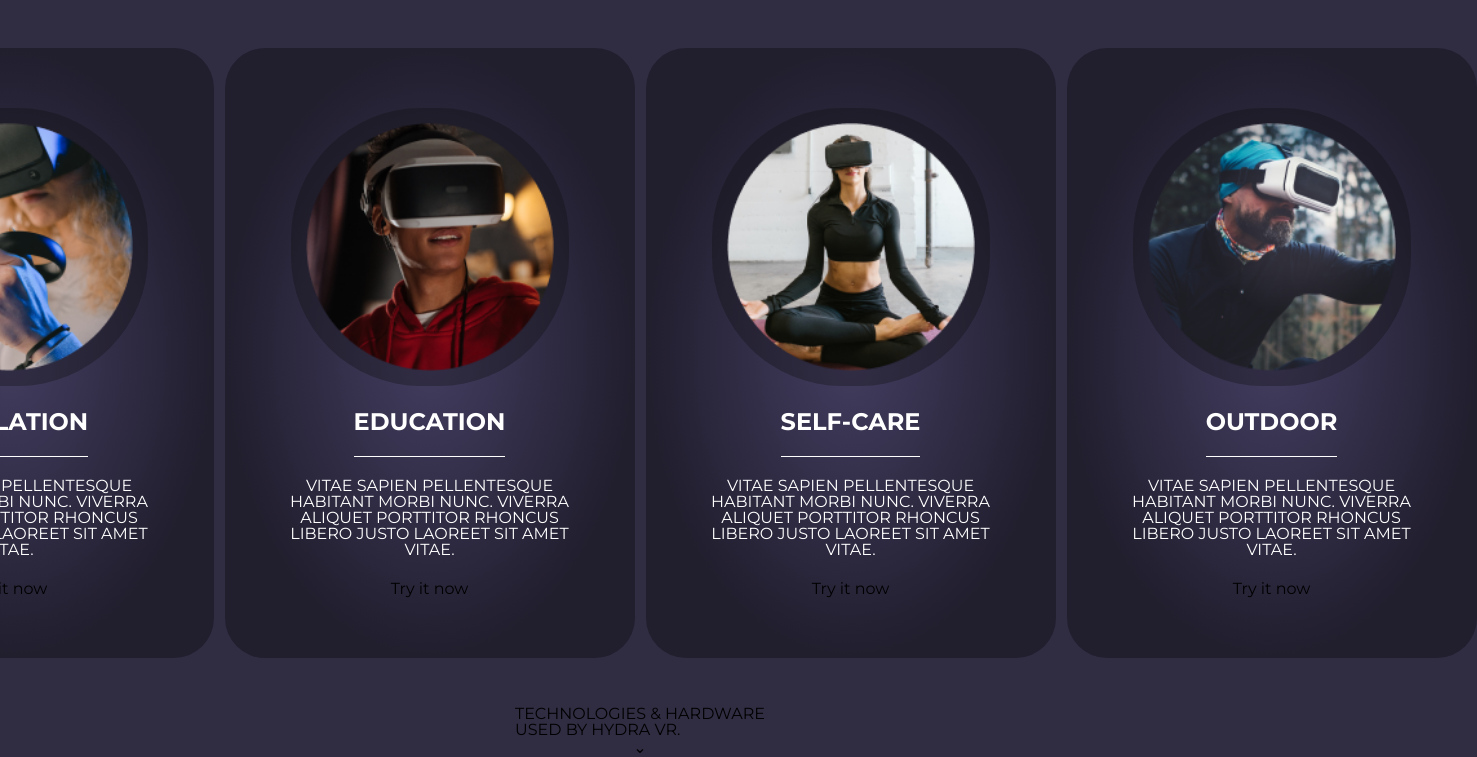
Repository: xMargi/Hydra-LandingPage
Page: index.html
The author's editor kept a copy of each file at every save. The page is drawn from the files as they stood at one save, then again after the next save.
The browser window is 1280 px wide. The page is 1477 px wide, so the pictures cover 1477 px, including what lies to the right of the window. The pictures show the whole page.

Above is the page before, as saved 2023-06-07 20:31:31.

### index.html
    <!DOCTYPE html>
    <html lang="pt-br">
    <head>
        <meta charset="UTF-8">
        <meta http-equiv="X-UA-Compatible" content="IE=edge">
        <meta name="viewport" content="width=device-width, initial-scale=1.0">
        <title>Hydra - Landing Page</title>
        <link rel="stylesheet" href="./reset.css">
        <link rel="stylesheet" href="./style.css">
    </head>
    <body>
        <div class="cartoes">
            <div class="cartao">
                <img src="./assets/1.png" alt="Mulher jogando em realidade virtual" class="cartao__img">
                <h1 class="cartao__titulo">Simulation</h1>
                <p class="cartao__paragrafo">Vitae sapien pellentesque habitant morbi
                nunc. Viverra aliquet porttitor rhoncus
                libero justo laoreet sit amet vitae.</p>
                <button class="cartao__button">Try it now</button>
            </div>
            <div class="cartao">
                <img src="./assets/2.png" alt="Homem usando um óculos de realidade virtual" class="cartao__img">
                <h1 class="cartao__titulo">Education</h1>
                <p class="cartao__paragrafo">Vitae sapien pellentesque habitant morbi
                nunc. Viverra aliquet porttitor rhoncus
                libero justo laoreet sit amet vitae.</p>
                <button class="cartao__button">Try it now</button>
            </div>
            <div class="cartao">
                <img src="./assets/3.png" alt="Mulher meditando com óculos de realidade virtual" class="cartao__img">
                <h1 class="cartao__titulo">Self-Care</h1>
                <p class="cartao__paragrafo">Vitae sapien pellentesque habitant morbi
                nunc. Viverra aliquet porttitor rhoncus
                libero justo laoreet sit amet vitae.</p>
                <button class="cartao__button">Try it now</button>
            </div>
            <div class="cartao">
                <img src="./assets/4.png" alt="Homem fazendo exercicíos utilizando um óculos de realidade virtual" class="cartao__img">
                <h1 class="cartao__titulo">Outdoor</h1>
                <p class="cartao__paragrafo">Vitae sapien pellentesque habitant morbi
                nunc. Viverra aliquet porttitor rhoncus
                libero justo laoreet sit amet vitae.</p>
                <button class="cartao__button">Try it now</button>
            </div>
        </div>
        <div class="container__imagem">
            <h1 class="imagem__titulo">Technologies & Hardware</h1>
            <p class="imagem__paragrafo">Used by hydra vr.</p>
        </div>
        <button class="botao__baixo">&#8964</button>
        <script src="./script.js"></script>
    </body>
    </html>

### style.css
@import url('https://fonts.googleapis.com/css2?family=Montserrat:wght@300;400;700&display=swap');

:root{

    --fonte: 'Montserrat', sans-serif;
    --cor-fundo: #302C42;
    --cor-cartao: radial-gradient(50% 50% at 50% 50%, #433D60 0%, #211E2E 100%);
    --cor-button: linear-gradient(90deg, #8176AF 0%, #C0B7E8 100%);
    --cor-branca: #FFFFFF;
    --cor-texto: #343045;
    --cor-sombra: rgba(14, 14, 14, 0.32);
    --weight: 400;

}

body{
    box-sizing: border-box;
    background: var(--cor-fundo);
    display: flex;
    align-items: center;
    flex-direction: column;
    font-family: var(--fonte);
    font-weight: var(--weight);
    text-transform: uppercase;

}

.cartoes{
    margin:3rem 5.4375rem;
    display: flex;
    gap: 0.6875rem;

}

.cartao{
    background: var(--cor-cartao);
    display: flex;
    flex-direction: column;
    gap: 1.3125rem;
    align-items: center;
    justify-content: center;
    text-align: center;
    padding: 3.125rem;
    border-radius: 2.5rem;
    height: 31.875rem;
    width: 19.375rem;
}

.cartao__img{
    background: var(--cor-sombra);
    border-radius: 8.125rem;
    padding: 0.9375rem;
    width: 80%;
}

.cartao__titulo{

    color: var(--cor-branca);
    font-weight: 700;
    font-size: 24px;
    line-height: 30px;
    padding-bottom: 19.5px;
    border-bottom: 1px solid var(--cor-branca);
}

.cartao__paragrafo{

    color: var(--cor-branca);

}

Loaded but not shown: main/reset.css (common file); script.js (no copy from this time; the picture is the same without it)

After the next save:
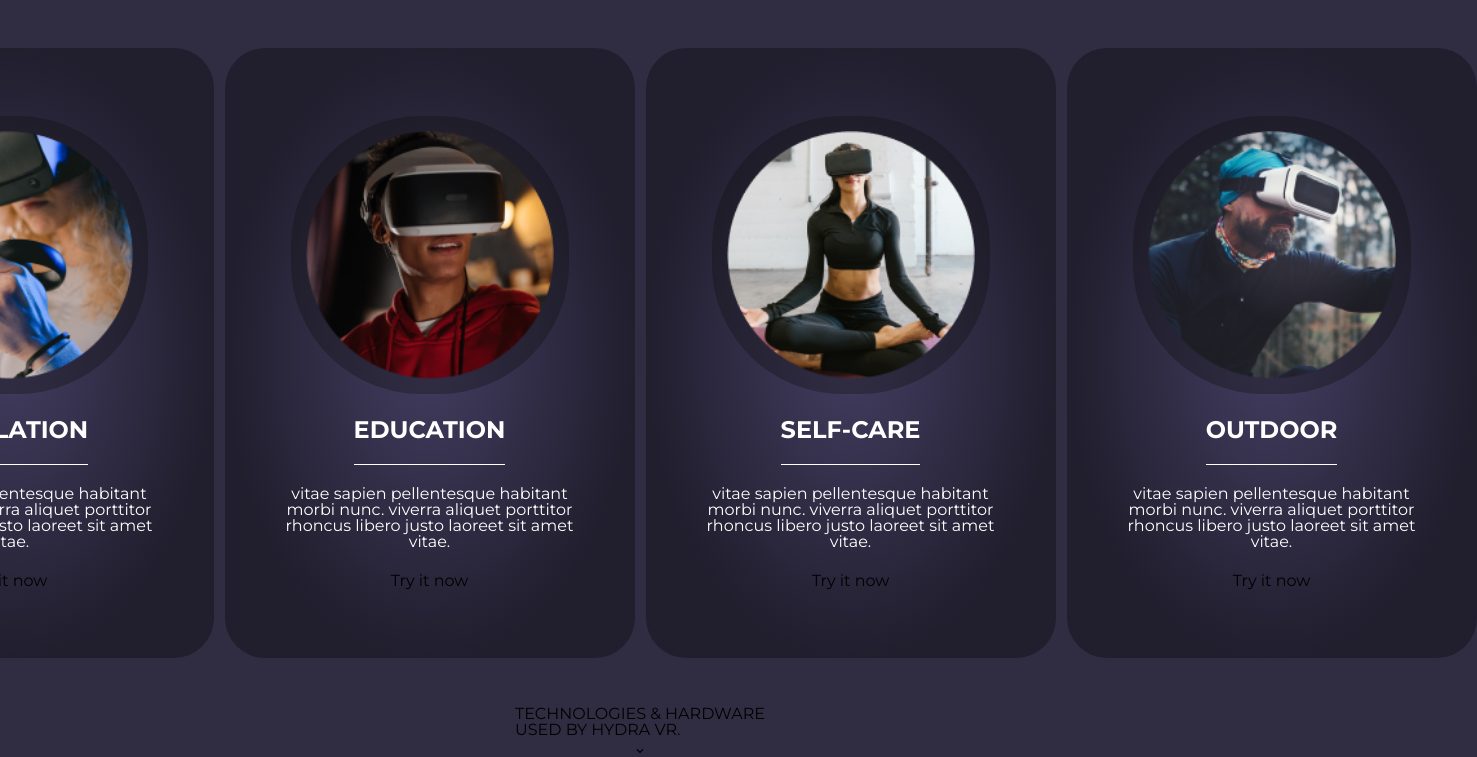
Saved 23 s later.
--- a/style.css
+++ b/style.css
@@ -64,7 +64,7 @@ body{
 }
 
 .cartao__paragrafo{
-
+    text-transform: lowercase;
     color: var(--cor-branca);
 
 }
